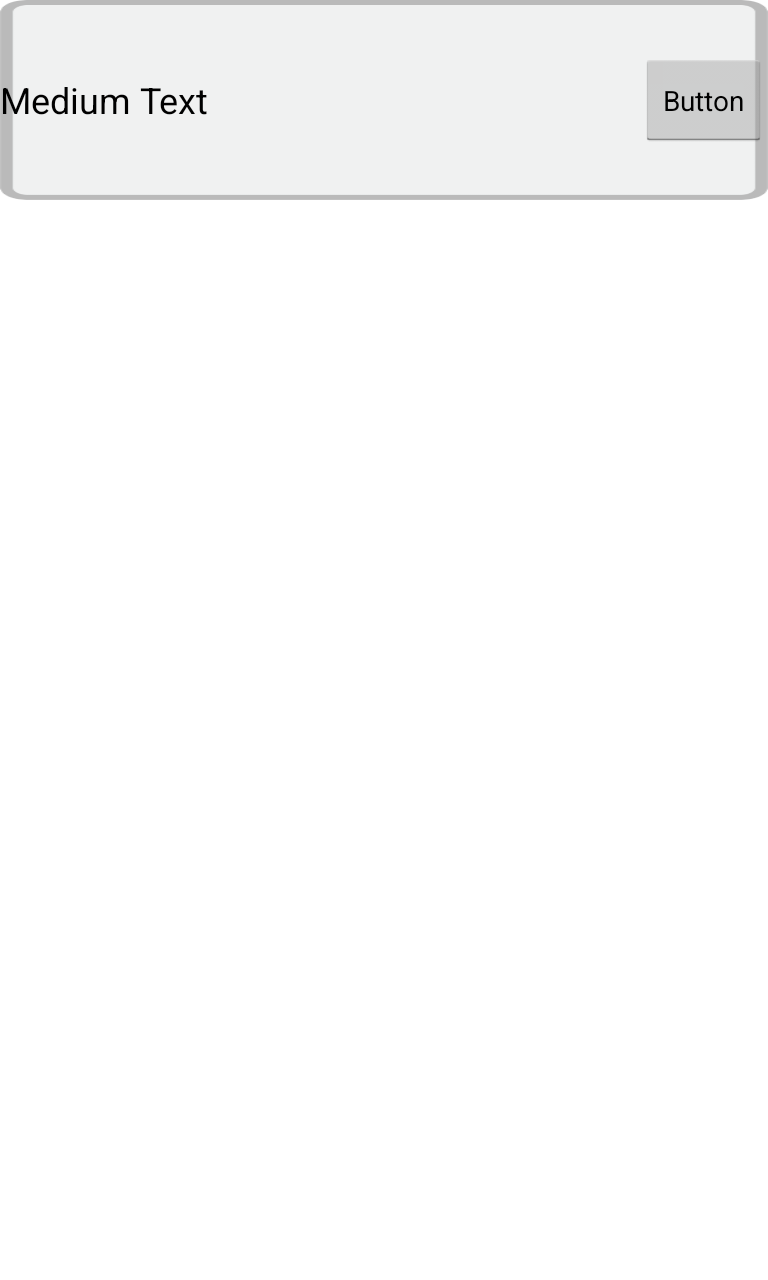
Repository: soumen91/GridView
Layout: CarApps/res/layout/row.xml
These files come from the project's save history. The layout is drawn as it stood at one moment and after the next save; the edit follows.
It is drawn on a 768 x 1280 px phone screen (xhdpi) without system bars, with theme AppTheme; the app's code is not run.

Above is the layout before, as saved 2013-06-18 08:43:19.

After the next save:
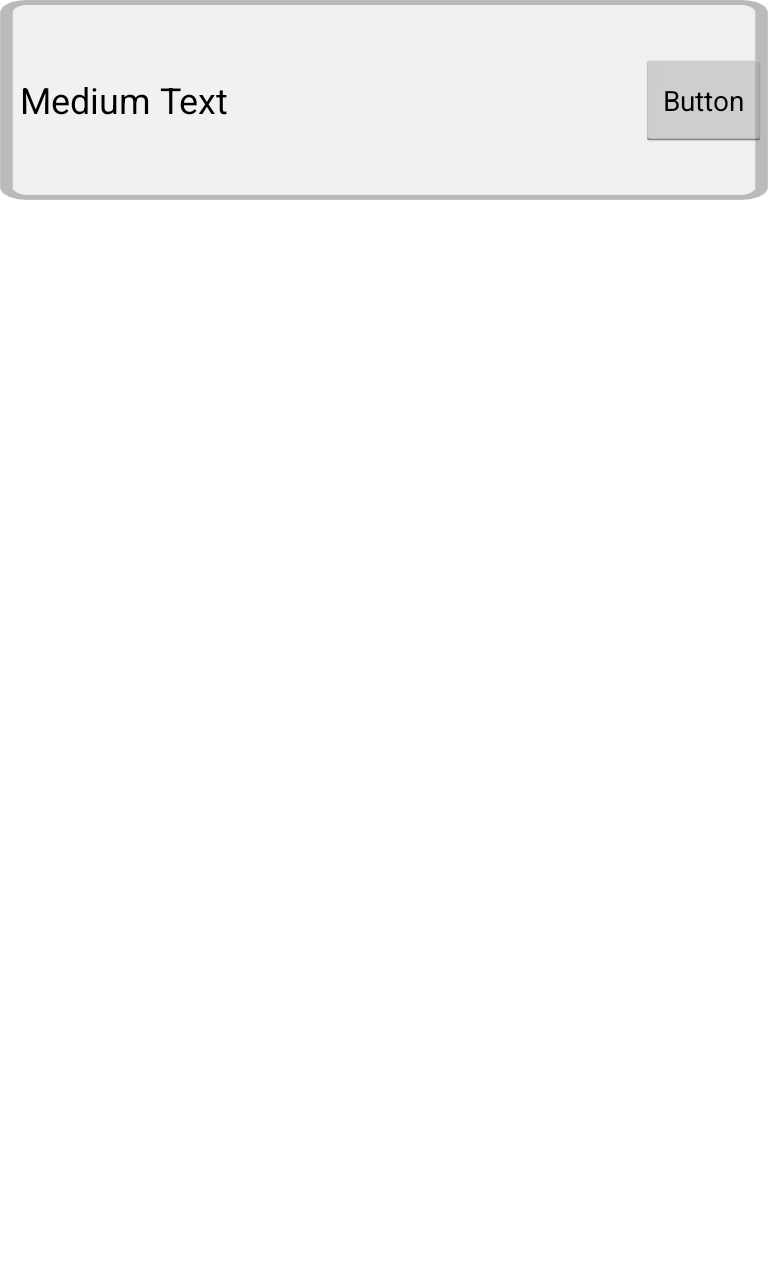
Saved 13 s later.
--- a/CarApps/res/layout/row.xml
+++ b/CarApps/res/layout/row.xml
@@ -25,6 +25,7 @@
                 android:layout_height="wrap_content"
                 android:text="Medium Text"
                 android:textColor="@color/black"
+                android:layout_marginLeft="10dp"
                 android:textAppearance="?android:attr/textAppearanceMedium" />
         </LinearLayout>
 
